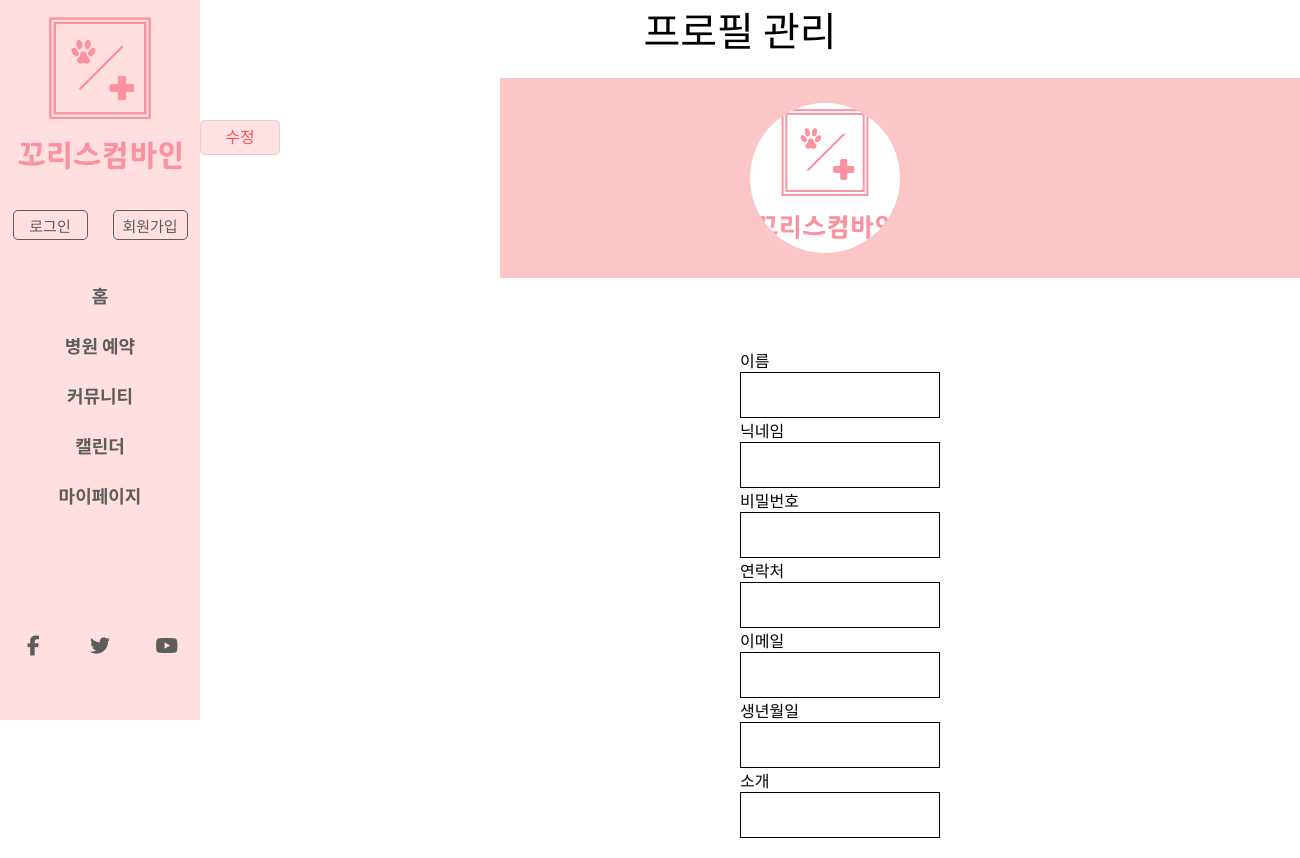
Repository: dodnam/kkoris
Page: http://localhost/1_kkoris/reservation2.jsp
These files come from the project's save history. The page is drawn as it stood at one moment and after the next save; the edit follows.
The browser window is 1280 px wide. The page is 1300 px wide, so the pictures cover 1300 px, including what lies to the right of the window. The pictures show the whole page.
Some web libraries are served in a nearby version. The page is served by Tomcat 9.

Above is the page before, as saved 2020-02-18 00:28:38.

### 1_kkoris/WebContent/reservation2.jsp
<%@ page language="java" contentType="text/html; charset=UTF-8"
    pageEncoding="UTF-8"%>
<!DOCTYPE html>
<html>
<head>
<meta charset="UTF-8">
<title>Insert title here</title>
<link rel="stylesheet" type="text/css" href="<%= request.getContextPath() %>/css/index.css"/>
<link rel="stylesheet" type="text/css" href="<%= request.getContextPath() %>/css/layout.css"/>
<style>
	.box_con{left:300px; width:800px; height:200px; background-color:#fcc6c9; position:absolute;}
	.box{width: 150px; height:150px; border-radius:70%; overflow:hidden; background-color:#fff;margin-top:25px;margin-left:250px;}
	.profile{width: 100%; height:100%; object-fit:cover; display:block; margin:0px auto;}
	.userTitle{font-size:40px; text-align:center; top:30px;}
	.submit{line-height: 30px; text-align: center; background-color: #ffe3e4; color:#ff4e59;border: 1px solid #fcc6c9; border-radius: 5px; width: 80px; height: 35px; position: absolute;left:50%;top:20px; outline:none;}
	.boxBody{position:absolute; top:250px;margin-left:50%}
	.submitBody{position:absolute; top:100px; margin:auto;}
</style>
</head>
<body>
	<%@ include file="views/layout.jsp" %>
	<div class="container">
    	<div class="userTitle">
			프로필 관리
    	</div>

    	<div class="input-container">
    		<div class="box_con">
	    		<div class="box">
	    			<img class="profile" src="<%= request.getContextPath() %>/images/logo.png">
	    		</div>
    		</div>
		    <div class="boxBody">
				<div class="input-box">
					<p class="input-label">이름</p><input type="text">
	    			<p class="input-label">닉네임</p><input type="text">
	    			<p class="input-label">비밀번호</p><input type="password">
	    			<p class="input-label">연락처</p><input type="text">
	    			<p class="input-label">이메일</p><input type="email">
	    			<p class="input-label">생년월일</p><input type="text">
	    			<p class="input-label">소개</p><input type="text">
	    		</div>
	    	</div>
    	</div>

    	<div class="submitBody">
    		<div class="submit">수정</div>
    	</div>
	</div>
</body>
</html>

### 1_kkoris/WebContent/views/layout.jsp
<%@ page language="java" contentType="text/html; charset=UTF-8"
    pageEncoding="UTF-8"%>
<!DOCTYPE html>
<html>
<head>
<meta charset="UTF-8">
<title>Insert title here</title>
<link href="https://fonts.googleapis.com/css?family=Noto+Sans+KR&display=swap" rel="stylesheet">
<script src="https://kit.fontawesome.com/18fd811fa1.js" crossorigin="anonymous"></script> <!-- sns아이콘 -->
<link rel="stylesheet" type="text/css" href="<%= request.getContextPath() %>/css/layout.css"/> <!-- 작성할 css를 연결 -->
</head>
<body>
	<header><!-- 헤더 -->
		<h1 class="logo"></h1>
		<nav>
      		<div class="login">
	        	<div><a href="#">로그인</a></div>
	        	<div><a href="#">회원가입</a></div>
	      	</div>
	      	<ul id="navigator">
	        	<li id="nav-home">
	         		<a href="#"><span>홈</span></a>
	         	</li>
	         	<li id="nav-hospital">
	         		<span>병원 예약</span>
         			<ul class="nav2-hospital" id="nav2-hospital">
         				<li><a href="#">병원 검색</a></li>
	         			<li><a href="#">예약 확인</a></li>
	         			<li><a href="#">병원 후기</a></li>
         			</ul>
	         	</li>
	         	<li id="nav-community">
	         		<span>커뮤니티</span>
         			<ul class="nav2-community" id="nav2-community">
	         			<li><a href="#">공지사항</a></li>
	         			<li><a href="#">후기 모아보기</a></li>
	         			<li><a href="#">지식 공유</a></li>
         			</ul>
	         	</li>
	         	<li id="nav-calendar">
	         		<a href="#"><span>캘린더</span></a>
	         	</li>
	         	<li id="nav-mypage">
	         		<span>마이페이지</span>
	         		<ul class="nav2-mypage" id="nav2-mypage">
		         		<li><a href="#">내 정보</a></li>
		         		<li><a href="#">예약 조회</a></li>
		         		<li><a href="#">포인트샵</a></li>
		         		<li><a href="#">내가 쓴 글 조회</a></li>
	         		</ul>
	         	</li>
	      	</ul>
		<dl>
	    	<dt class="blind">sns</dt>
	        <dd><a href="#"><i class="fab fa-facebook-f"></i></a></dd>
	        <dd><a href="#"><i class="fab fa-twitter"></i></a></dd>
	        <dd><a href="#"><i class="fab fa-youtube"></i></a></dd>
		</dl>
		</nav>
	</header>
	<footer></footer>
</body>
</html>

### 1_kkoris/WebContent/css/index.css
@charset "UTF-8";
/* 컨테이너 */
div.container{position: absolute; top:0; left:0; padding-left:200px; height:100%; width:100%; box-sizing:border-box;}
/* 섹션이 현재 1개이기 때문에 100% 2개면 200%, 3개면 300% */
/* 참고	section:nth-of-type(1) {section 중 첫번째 section에 접근} */
section.main {position:relative; height:100%; width:100%; background: url(../images/main-bg.jpg) no-repeat center center; background-size: contain;}
section.main > article.quickMenu > ul {position: absolute; top:calc(50% - 50px); left:calc(50% - 25%); width: 50%; height: 100px; display: flex;}
section.main > article.quickMenu {position: relative; width: 100%; height: 100%; background: rgba(0, 0, 0, 0.2);}
section.main > article.quickMenu > ul > li {width: 25%; height:100px;}
section.main > article.quickMenu > ul > li > a {color: #5d5d5d; display:block; font-size: 5em; text-align:center;}
section.main > article.quickMenu > ul > li > a > span {display: block; font-size: 15px;}
section.main > article.quickMenu > ul > li > a:hover {color: #fb929e;}

### 1_kkoris/WebContent/css/layout.css
@charset "UTF-8";
* {margin: 0; padding: 0; font-family: 'Noto Sans KR', sans-serif;}
*, *:before, *:after {box-sizing: border-box;}
html, body {width: 100%; height: 100%;}
table{border-collapse: collapse;}
img,fieldset{border: none;}
ol,ul{list-style: none;}
h1,h2,h3,h4,h5,h6{font-weight: normal; font-size: 100%;}
q:after,q:before{content: "";}
abbr,acronym{border:none;} /* 축약어 */
img,input,select{vertical-align: middle;}
hr{display: none;}
a {text-decoration: none; color: #000;}
header {position: fixed; width: 200px; height: 100%; background: #ffdfdf; z-index: 30;}
input{outline: none; background: none;}
.blind{position: absolute;left: 0;top: 0;width: 0;height: 0;font-size: 0;line-height: 0;text-indent: -9999px;overflow: hidden;visibility: hidden;}
.displaynone{display: none;}

/* input타입 1 (커서유입에 따른 스타일 변화)
	<div class="input-container"><label class="input-label">아이디</label><input type=""></div>
*/
div.input-container {position: relative; display: block; margin: 20px 0;}
div.input-container > input {width: 100%; height: 40px; line-height: 40px; font-size: 16px; border: none; border-bottom: 1px solid #5d5d5d;}
div.input-container.focus > input:focus {border-bottom: 1px solid #fb929e;}
label.input-label {position: absolute; font-size: 16px; transform: translateY(10px); color: #5d5d5d; transition: transform 0.2s ease; z-index: -1;}
div.input-container.focus > label.input-label {font-size: 12px; transform: translateY(-5px); text-transform: uppercase;}
div.input-container.focus.on > label.input-label {color: #fb929e;}

/* input타입 2 (박스형)
	<div class="input-box"><p class="input-label">라벨명</p><input type=""></div>
*/
div.input-box {position: relative; display: block; margin: 20px 0;}
div.input-box > input {width: 100%; padding: 10px; font-size: 16px; border: 1px solid #000;}
p.input-label {font-size: 16px; color: #000;}
p.input-info {font-size: 14px; color: #5d5d5d;}

/* input radio
	<input type="radio" name="test"><label class="radioLabel">라벨명1</label>
	<input type="radio" name="test"><label class="radioLabel">라벨명2</label>
*/
input[type=radio] {display: none;}
label.radioLabel {display: inline-block; position: relative; padding: 0 30px; cursor: pointer; line-height: 18px;}
label.radioLabel:before, label.radioLabel:after {position: absolute; border-radius: 50%; content: '';}
label.radioLabel:before {left: 0; top: 0; width: 18px; height: 18px; border: 2px solid #000;}
label.radioLabel:after {top: 5px; left: 5px; width: 8px; height: 8px; background: #fb929e; transform: scale(0);}
input[type="radio"]:checked + label.radioLabel:before {border-color: #fb929e; }
input[type="radio"]:checked + label.radioLabel:after {transform: scale(1);}

/* input submit
	<form>에서 submit되는 버튼을 위한 css (단, 검색 등의 다른 버튼은 blue베이스 스타일로 사용)
*/
div.input-submit {display: block; text-align: center; padding: 15px;}
input[type="submit"] {min-width: 50px; height: 30px; cursor: pointer; background: #ffdfdf; color: #5d5d5d; font-size: 14px; font-weight: 600; border: none; border-radius: 5px;}
input[type="submit"]:hover {background: #fb929e; color: #fff;}

/* select 옵션  */
div > select {font-size: 10pt; width: 100px; padding: .7em .5em; font-family: inherit; background: url(https://farm1.staticflickr.com/379/19928272501_4ef877c265_t.jpg) no-repeat 95% 50%; -webkit-appearance: none; -moz-appearance: none; appearance: none; outline:none; border:1px solid #5d5d5d;}

/* input 검색 (class="search_input") */
div > span > input.search_input{width: 250px;  padding: 12px 24px; font-size: 14px; line-height: 18px; color: #575756; background-size: 18px 18px; border-radius: 50px; border: 1px solid #5d5d5d; backface-visibility: hidden; right:20px; outline:none;}


/* 영역
	<div class="container">		// 아래css 외에 특정 스타일을 주어야할 때, 클래스를 추가로 부여하여 사용했음 (ex. class="container login")
		<div class="contents">
			구현 영역
		</div>
	</div>
*/
div.container {position: absolute; top:0; left:0; padding-left:200px; width: 100%; height: 100%; margin: 0 auto; box-sizing: border-box;}
div.contents {position:relative; margin: 0 auto;}
div.contents > h2 {font-weight: 700; font-size: 30px; color: #000; padding: 15px 0; text-align: center;}


/** 헤더 **/
h1.logo {
	text-indent: -9999px; overflow: hidden; width: 180px; height: 180px;
	margin: 10px auto; /* auto는 중앙에 놓음 */
	background: url(../images/logo.png) no-repeat; background-size: contain; /*contain = h1 사이즈에 맞춤*/
}
nav > div.login {display: flex; justify-content:space-around; font-size: 15px;}
				/*블락요소로 가로 정렬 함*/
nav > div.login > div {width: 75px; height: 30px;} /* 위 아래 마진, 좌 우 마진*/
nav > div.login > div > a {display: block; width: 100%; height: 100%; line-height: 30px; text-align: center; border: 1px solid #5d5d5d; border-radius: 5px;}
nav > div.login > div > a:hover {color: #fb929e; border: none; background: #fff6f6; font-weight: 600}

/* 메뉴 */
nav {margin-top: 20px;}
nav * {color: #5d5d5d;}
nav > ul {margin-top: 30px; text-align: center;}
nav > ul > li {width: 100%;}
nav > ul > li:hover {background: #fff6f6;}
nav > ul > li span {display:block; width: 100%; height: 100%; line-height: 50px; font-size: 18px; font-weight: 600; border-radius: 10px; cursor: pointer;}
nav > ul > li span:hover {color: #fb929e;}

nav > ul > li > ul[class^=nav2] {display: none;}
nav > ul > li > ul[class^=nav2] > li > a {display: block; line-height: 40px; font-size: 16px;}
nav > ul > li > ul[class^=nav2] > li > a:hover {color: #fb929e; font-weight: 600;}

nav > ul > li:hover > ul[class^=nav2] {display: block;}

/* sns */
nav > dl {position:absolute; bottom:50px; width:100%; height:50px; display:flex; justify-content:space-around;}
nav > dl > dd {width:50px; text-align:center;}
nav > dl > dd > a {display: block; width: 100%; height:100%; font-size:20px; line-height:50px; transition:all 0.2s ease 0s;}
nav > dl > dd > a:hover {font-size:25px;}

footer {position: fixed; bottom: 10px;}

After the next save:
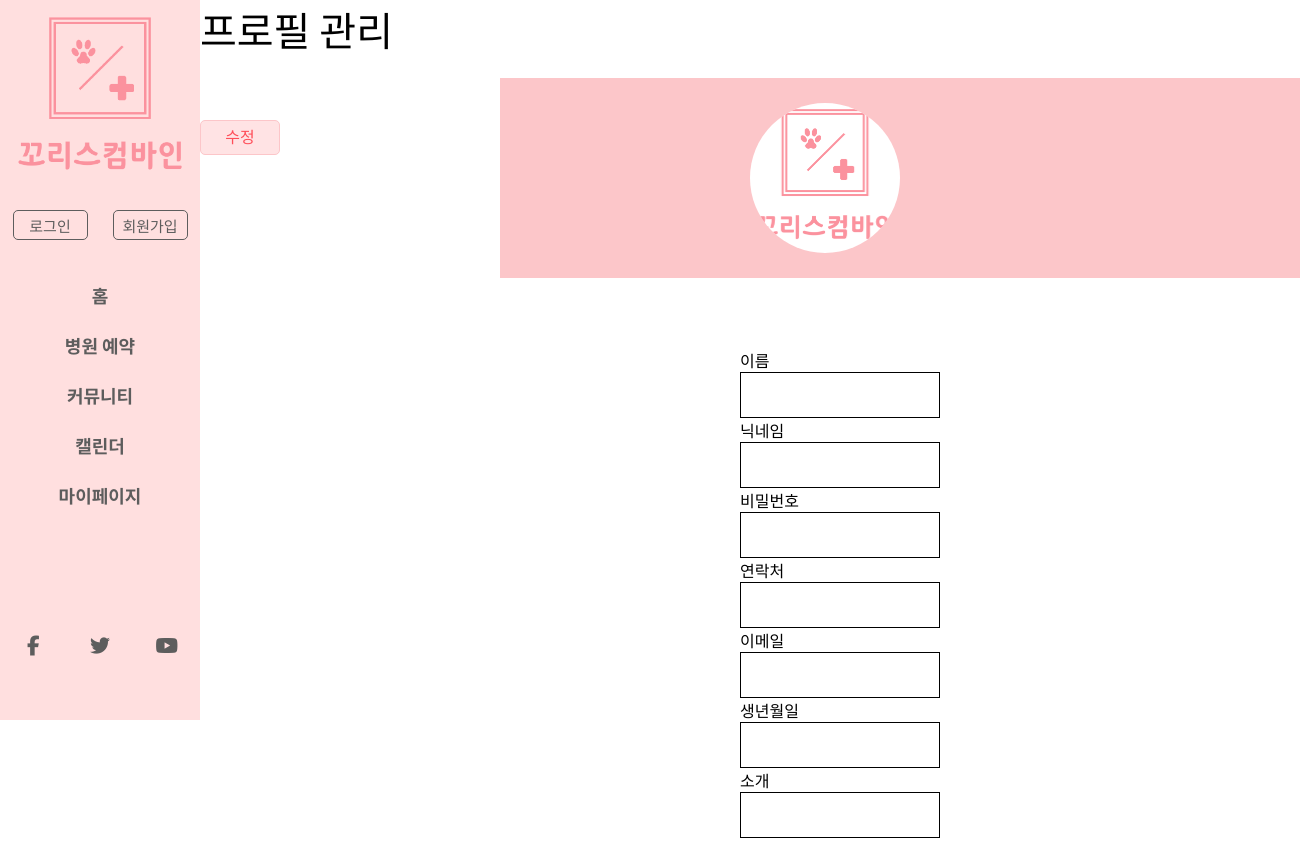
Saved 41 s later.
--- a/1_kkoris/WebContent/reservation2.jsp
+++ b/1_kkoris/WebContent/reservation2.jsp
@@ -11,7 +11,7 @@
 	.box_con{left:300px; width:800px; height:200px; background-color:#fcc6c9; position:absolute;}
 	.box{width: 150px; height:150px; border-radius:70%; overflow:hidden; background-color:#fff;margin-top:25px;margin-left:250px;}
 	.profile{width: 100%; height:100%; object-fit:cover; display:block; margin:0px auto;}
-	.userTitle{font-size:40px; text-align:center; top:30px;}
+	.userTitle{font-size:40px; top:30px; left:100px;}
 	.submit{line-height: 30px; text-align: center; background-color: #ffe3e4; color:#ff4e59;border: 1px solid #fcc6c9; border-radius: 5px; width: 80px; height: 35px; position: absolute;left:50%;top:20px; outline:none;}
 	.boxBody{position:absolute; top:250px;margin-left:50%}
 	.submitBody{position:absolute; top:100px; margin:auto;}
